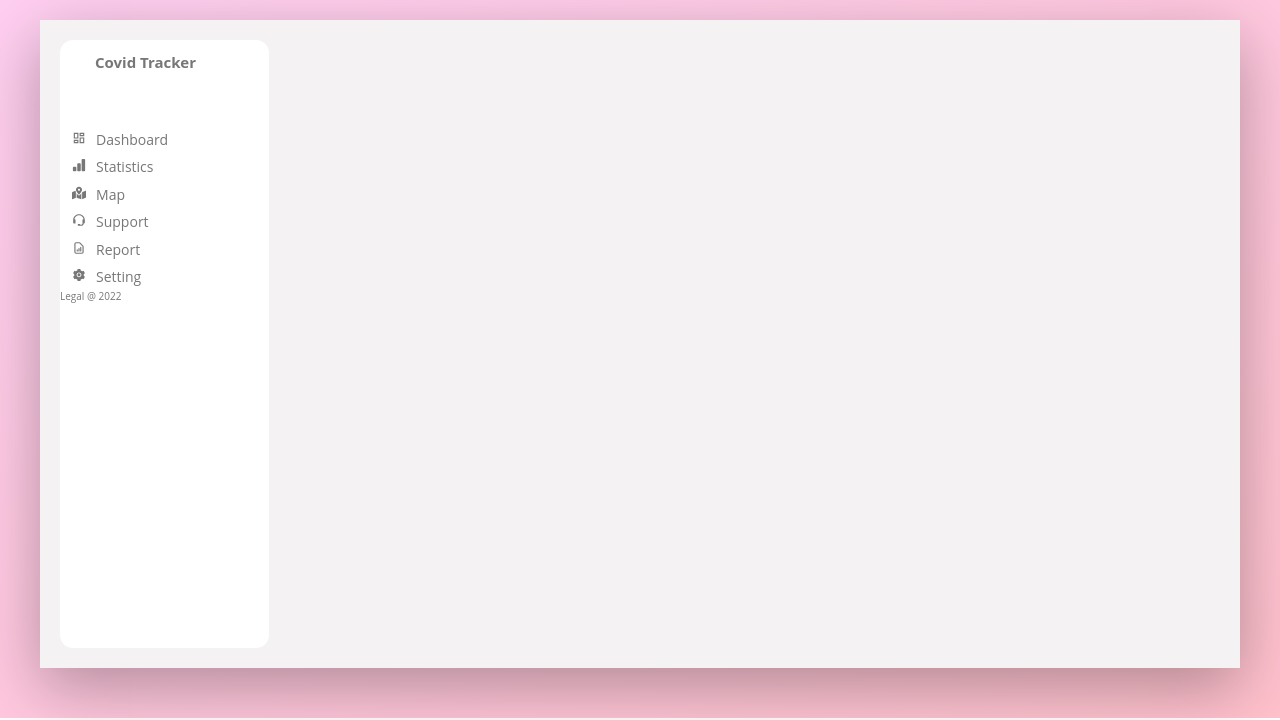
Repository: okidijimmy200/CovidAdminTracker
Page: /
An editor plug-in stored every save of this project. The page is shown before and after the next save, followed by the edit.
The browser window is 1280 px wide. The pictures show the whole page.
The project was rebuilt for these pictures with package versions that can differ from the ones it lists, and the page was loaded fresh each time.

Above is the page before, as saved 2022-06-10 09:40:37.

### src/index.scss
:root {
  --color-primary:#eb2f64;
  --color-primary-light:#ffcff1;
  --color-primary-dark:#ffc1cc;
  --color-grey-light-1: #faf9f9;
  --color-grey-light-2: #f4f2f2;
  --color-grey-light-3: #f0eeee;
  --color-grey-light-4: #ccc;
  --color-grey-dark-1: #333;
  --color-grey-dark-2: #777;
  --color-grey-dark-3: #999;

  // creating variable for box
  --shadow-dark: 0 2rem 6rem rgba(0, 0, 0, 0.3);

  --shadow-light: 0 2rem 5rem rgba(0,0,0,.06);
}


* {
  margin: 0;
  padding: 0;
}
*,
*::before,
*::after {
  box-sizing: inherit;
}

html {
  box-sizing: border-box;
  font-size: 62.5%;

}

body {
  font-family: 'Open Sans', sans-serif;
  font-weight: 400;
  line-height: 1.6;
  color: var(--color-grey-dark-2);
  background-image: linear-gradient(to right bottom, var(--color-primary-light), var(--color-primary-dark));
  background-size: cover;
  background-repeat: no-repeat;
  min-height: 97vh;
}

### src/App.tsx
import React from 'react';
import Sidebar from './sidebar/sidebar';
import Content from './core/content';
import './App.scss';

function App() {
  return (
    <div data-testid='container' className="container">
      <div className="content">
      <Sidebar />
      <Content />
      </div>

    </div>
  );
}

export default App;

### src/sidebar/sidebar.tsx
import React from 'react'
import {MdOutlineDashboard  } from 'react-icons/md'
import { BsFillBarChartFill } from 'react-icons/bs'
import { FaMapMarkedAlt } from 'react-icons/fa'
import { BiSupport } from 'react-icons/bi'
import { HiOutlineDocumentReport } from 'react-icons/hi'
import { AiFillSetting } from 'react-icons/ai'

import './sidebar.scss'

export default function sidebar() {
  return (
    <>
    <nav className="sidebar">
        <h2 className='title'>Covid Tracker</h2>
        <div className='sidebar-flex'>

        <ul className="side-nav">
            <li className="side-nav__item side-nav__item--active">
                <span className='side-nav__icon'><MdOutlineDashboard /></span>
                    <span>Dashboard</span>
            </li>
            <li className="side-nav__item">
                {/* <a href="#" class="side-nav__link"> */}
                    <span className="side-nav__icon">
                        <BsFillBarChartFill />
                        {/* <use xlink:href="img/spritspam#icon-aircraft-take-off"></use> */}
                    </span>
                    <span>Statistics</span>
                {/* </a> */}
            </li>
            <li className="side-nav__item">
                {/* <a href="#" class="side-nav__link"> */}
                    <span className="side-nav__icon">
                        <FaMapMarkedAlt />
                        {/* <use xlink:href="img/sprite.svg#icon-key"></use> */}
                    </span>
                    <span>Map</span>
                {/* </a> */}
            </li>
            <li className="side-nav__item">
                {/* <a href="#" className="side-nav__link"> */}
                    <span className="side-nav__icon">
                        {/* <use xlink:href="img/sprite.svg#icon-map"></use> */}
                        <BiSupport />
                    </span>
                    <span>Support</span>
                {/* </a> */}
            </li>
            <li className="side-nav__item">
                {/* <a href="#" className="side-nav__link"> */}
                    <span className="side-nav__icon">
                        {/* <use xlink:href="img/sprite.svg#icon-map"></use> */}
                        <HiOutlineDocumentReport />
                    </span>
                    <span>Report</span>
                {/* </a> */}
            </li>
            <li className="side-nav__item">
                {/* <a href="#" className="side-nav__link"> */}
                    <span className="side-nav__icon">
                        {/* <use xlink:href="img/sprite.svg#icon-map"></use> */}
                        <AiFillSetting />
                    </span>
                    <span>Setting</span>
                {/* </a> */}
            </li>
        </ul>
        <div className="legal">
            Legal @ 2022
        </div>
        </div>
    </nav>
</>
  )
}

### src/core/content.tsx
import React from 'react'

import './content.scss'

export default function Content() {
  return (
    <main className="hotel-view">
    </main>
  )
}

### src/App.scss
.container {
  max-width: 120rem;
  // centering in the view port
  margin: 2rem auto;
  background-color: var(--color-grey-light-2);
  // box-shadow:;
  box-shadow: var(--shadow-dark);

  // min height for testing
  // min-height: 60rem;

}

.content {
  display: flex;
  min-height: 90vh;
  padding: 2rem;
}

### src/sidebar/sidebar.scss

.sidebar {
    // styling the sidebar
    background-color: #fff;
    // flex property to define width, grow 0, shrink 0
    flex: 0 0 18%;
    // to create alot of space in the container for legal text
    border-radius: 1.3rem;
}

.side-nav {
    // adding font size
    font-size: 1.4rem;
    list-style: none;
    margin-top: 3.5rem;

   &__item {
       // parent element set to relative to element the hover effect
       position: relative;
       cursor: pointer;
       margin-left: 1.2rem;

       // to create space btn the items
       &:not(:last-child) {
           margin-bottom: .5rem;
       }
   }

   // this shd be visible only when we hover the item
   &__item:hover::before,
   // to make one of the li items initially highlighted
   &__item--active::before {
       width: 100%;
   }

   // to show the item as selected
   &__item:active::before {
       background-color: #fff;
   }


   &__link:link,
   &__link:visited {
    //    color: var(--color-grey-light-1);
       text-decoration: none;
       text-transform: uppercase;
       display: inline-block;
       padding: 1.5rem 3rem;
       // z-index only works with positioning
       position: relative;
       z-index: 10;
       // to align items in straight line
       display: flex;
       align-items: center;
   }

   &__icon {
       // reduce size of icons
       width: 1.75rem;
       height: 1.75rem;
       margin-right: 1rem;
       // current color is the color of the current element
       fill:currentColor;
   }
}
.sidebar-flex {
    display: flex;
    flex-direction: column;
    justify-content: space-between;
    // height: 90rem;
}
.title {
    padding: 1rem 2rem 2rem 3.5rem;
}

### src/core/content.scss
.hotel-view {
    // background-color: #fff;
    // to make the hotel-view cover up the remaining space
    flex: 1;
    margin-left: 2rem;
}

Loaded but not shown: public/index.html (common file); src/index.tsx (common file); src/reportWebVitals.ts (common file)

After the next save:
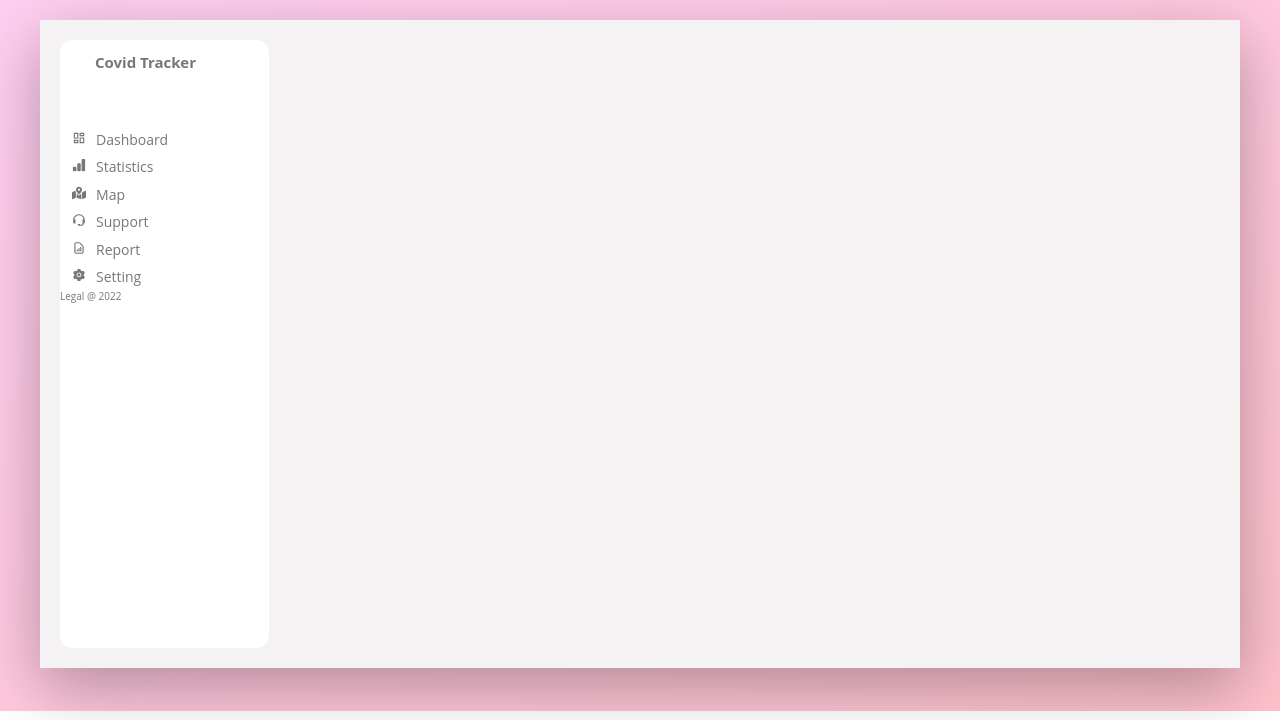
Saved 5 s later.
--- a/src/index.scss
+++ b/src/index.scss
@@ -41,5 +41,5 @@ body {
   background-image: linear-gradient(to right bottom, var(--color-primary-light), var(--color-primary-dark));
   background-size: cover;
   background-repeat: no-repeat;
-  min-height: 97vh;
+  min-height: 96vh;
 }
